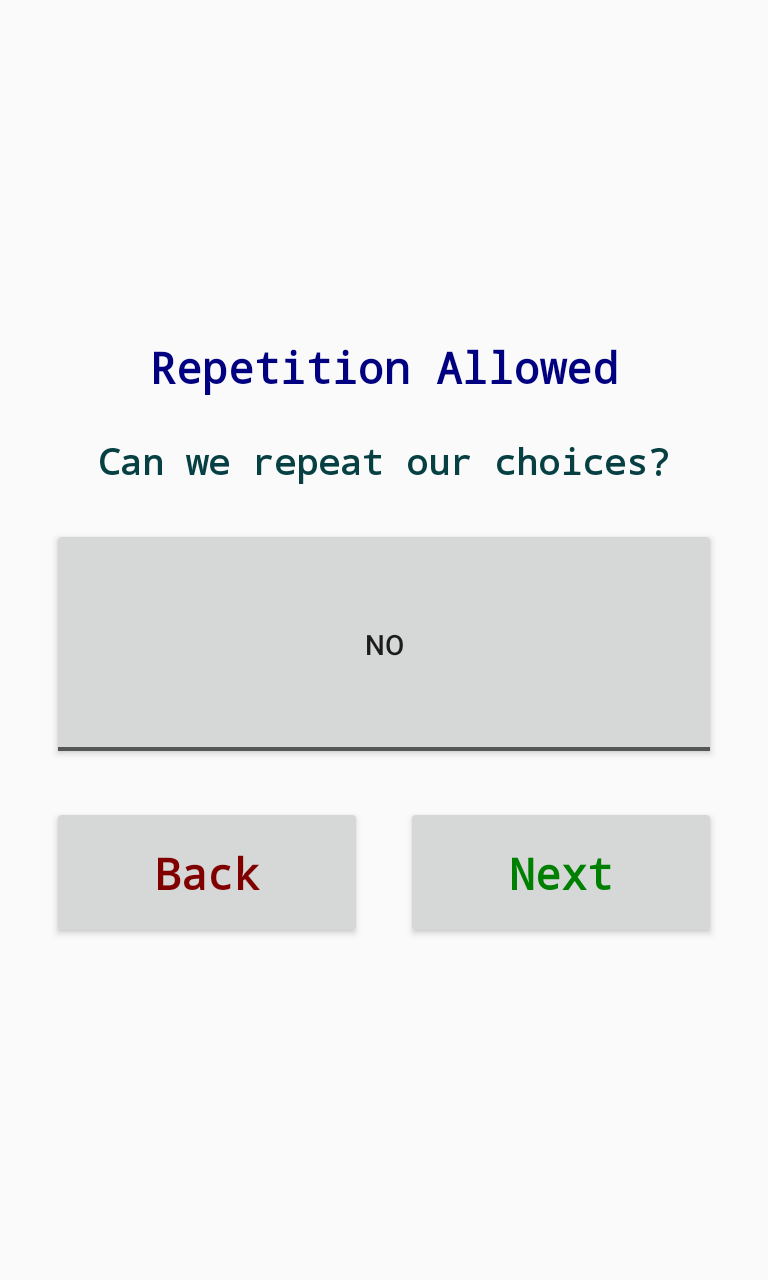
Repository: rontejada1991/Combinations-and-Permutations-Android-App
Layout: combinations/res/layout/activity_repeat.xml
These files come from the project's save history. The layout is drawn as it stood at one moment and after the next save; the edit follows.
It is drawn on a 768 x 1280 px phone screen (xhdpi) without system bars, with theme AppTheme; the app's code is not run.

Above is the layout before, as saved 2014-11-07 21:16:24.

After the next save:
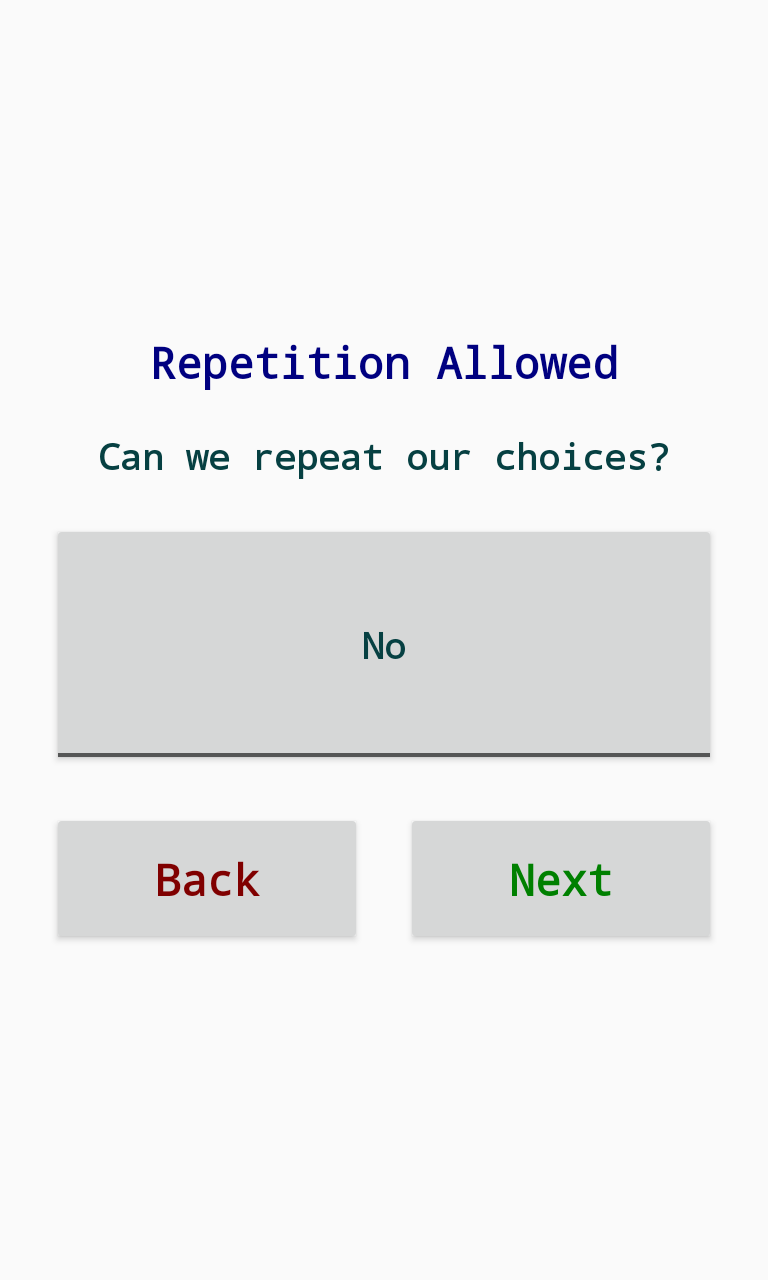
Saved 20 s later.
--- a/combinations/res/layout/activity_repeat.xml
+++ b/combinations/res/layout/activity_repeat.xml
@@ -29,6 +29,7 @@
 		    android:textOn="Yes"
 		    android:textOff="No"
 		    android:padding="50dp"
+		    style="@style/CodeFont.Med"
 		    android:layout_marginBottom="20dp" />
 
 	<LinearLayout
